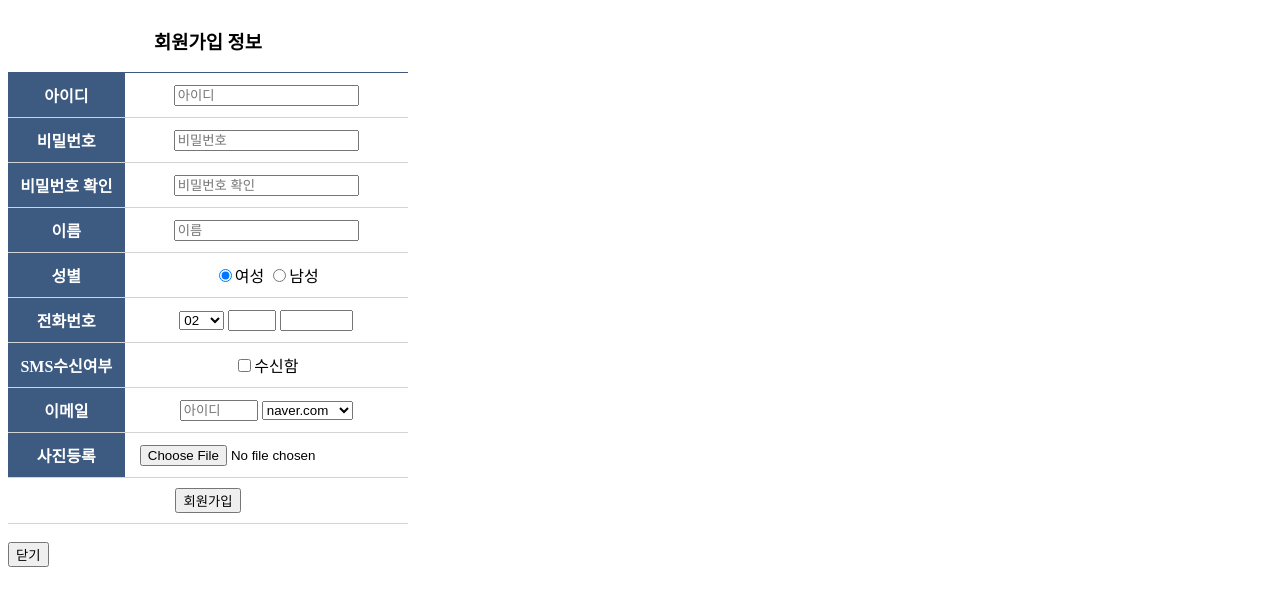
Repository: itkezi/HTML_2022_505
Page: Web/WebContent/HTML/0321_EX.html
The author's editor kept a copy of each file at every save. The page is drawn from the files as they stood at one save, then again after the next save.
The browser window is 1280 px wide. The pictures show the whole page.

Above is the page before, as saved 2022-03-22 08:05:02.

### Web/WebContent/HTML/0321_EX.html
<!DOCTYPE html>
<html>
<head>
<meta charset="UTF-8">
<title>0321 연습</title>

<style>
table { border-top: 1px solid #3d5a80;
		border-collapse: collapse; width: 400px}
th, td { border-bottom: 1px solid lightgray; padding: 10px; text-align: center; }
th {background-color: #3d5a80; color: white}

</style>
</head>

<body>
<form action='' method='get'autocomplete='off' enctype='multipart/from-data'>
<table>
<caption><h3>회원가입 정보</h3></caption>
	<tr>
		<th>아이디</th>
		<td><input type='text' name='name' placeholder='아이디' required></td>
	</tr>
	<tr>
		<th>비밀번호</th>
		<td><input type='text' name='password' placeholder='비밀번호' required></td>
	</tr>
	<tr>
		<th>비밀번호 확인</th>
		<td><input type='text' name='password2' placeholder='비밀번호 확인' required></td>
	</tr>
	<tr>
		<th>이름</th>
		<td><input type='text' name='name' placeholder='이름' required></td>
	</tr>
	<tr>
		<th>성별</th>
		<td>
			<input type='radio' name='gender' value='여성' id='male' checked><label for ='male'>여성</label>
			<input type='radio' name='gender' value='남성	'id='female'><label for ='female'>남성</label>
		</td>
	</tr>
	<tr>
		<th>전화번호</th>
		<td><select name='phone1' required>
			<option>02</option>
			<option>062</option>
			<option>032</option>
			<option>031</option></select>
			<input style=width:40px type='text' name='phone2' required>
			<input style=width:65px type='text' name='phone3' required>
		</td>
	</tr>
	<tr>
		<th>SMS수신여부</th>
		<td><label><input type='checkbox' name='smsY/N' value='Y'>수신함</label></td>
	</tr>
	<tr>
		<th>이메일</th>
		<td>
			<input style=width:70px type='text' name='emailID' placeholder='아이디' required>
			<select name='emailservice' required>
			<option>naver.com</option>
			<option>google.com</option>
			<option>hanmail.net</option>
			<option>nate.com</option>
			<option value='direct'>직접입력</option>
			</select>
			</td>
	</tr>
	<tr>
		<th>사진등록</th>
		<td><input type='file' ></td>
	</tr>
	<tr>
		<td colspan='2'><input type="submit" value='회원가입'></td>
	</tr>
</table></form><br>
<input type='button' value='닫기' onclick='window.close()'>

</body>
</html>

After the next save:
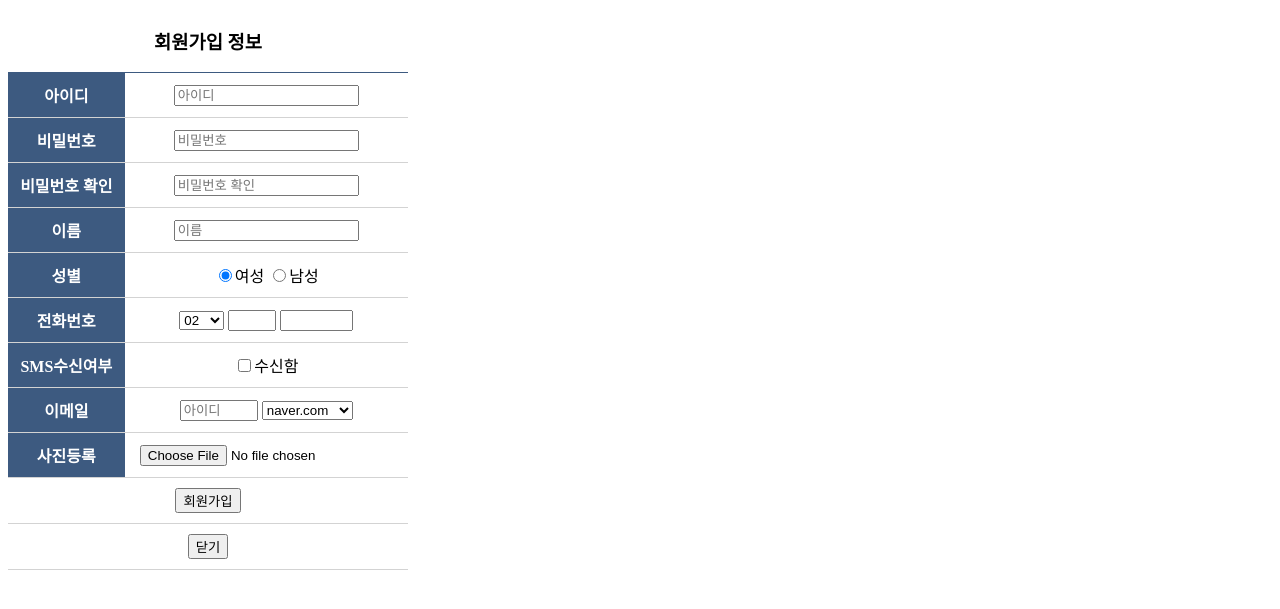
Saved 2 min 26 s later.
--- a/Web/WebContent/HTML/0321_EX.html
+++ b/Web/WebContent/HTML/0321_EX.html
@@ -75,8 +75,10 @@ th {background-color: #3d5a80; color: white}
 	<tr>
 		<td colspan='2'><input type="submit" value='회원가입'></td>
 	</tr>
+	<tr>
+		<td colspan='2'><input type='button' value='닫기' onclick='window.close()'></td>
+	</tr>
 </table></form><br>
-<input type='button' value='닫기' onclick='window.close()'>
 
 </body>
 </html>
